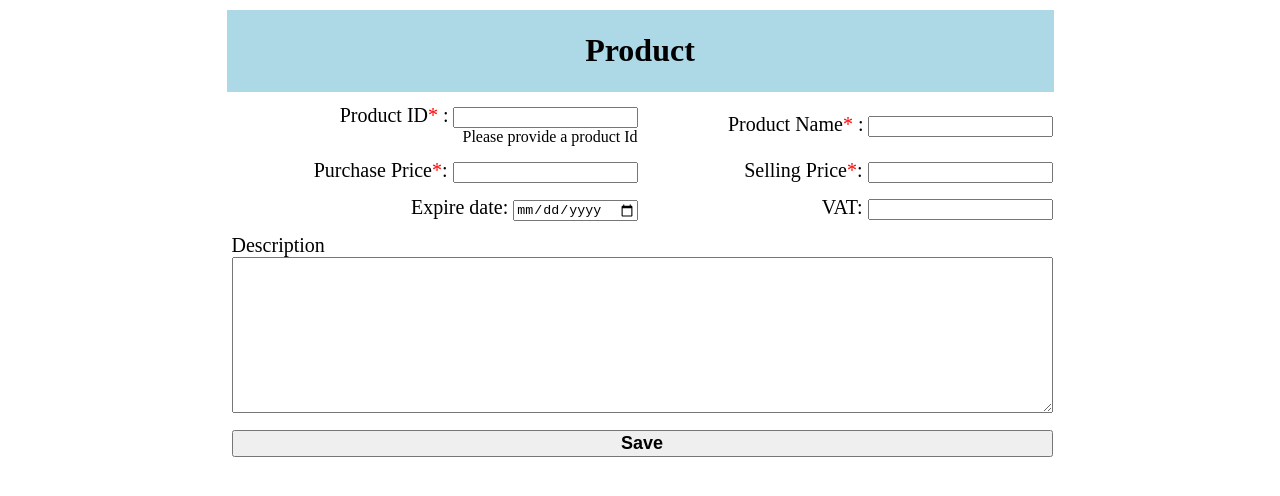
Repository: FatCat0712/JSP
Page: http://localhost/bai_22/saveproduct
The author's editor kept a copy of each file at every save. The page is drawn from the files as they stood at one save, then again after the next save.
The browser window is 1280 px wide. The pictures show the whole page.
The page is served by Tomcat 9.

Above is the page before, as saved 2024-04-23 11:15:41.

### bai_22/src/main/webapp/product.jsp
<%@ page language="java" contentType="text/html; charset=UTF-8"
    pageEncoding="UTF-8"%>
<!DOCTYPE html>
<html>
<head>
<meta charset="UTF-8">
<title>Product</title>
<style>
	.note{
		color: red;
	}
	label {
		font-size: 20px;
	}
	td{
		padding-top: 10px;
		text-align: right;
		padding-left: 5px;
	}

</style>
</head>
<body>
<%
	String e_productId = request.getAttribute("e_productId")+"";

	String value_productId = request.getAttribute("value_productId")+"";
	String value_productName = request.getAttribute("value_productName")+"";
	String value_sellingPrice = request.getAttribute("value_sellingPrice")+"";
	String value_purchasePrice = request.getAttribute("value_puchasePrice")+"";
	String value_expireDate = request.getAttribute("value_expireDate")+"";
	String value_vat = request.getAttribute("value_vat")+"";
	String value_description = request.getAttribute("value_description")+"";

 %>


<form action="saveproduct" method="get" id="saveform">
	<table style="margin-left: auto; margin-right: auto">
			<tr style="background-color: lightblue">
				<th style="text-align: center; align-content: center;" colspan="2"><h1>Product</h1></th>
			</tr>
			<tr>
				<td>
				 	<label for="productid">Product ID<span class="note">*</span> :</label>
				 	<input type="text" name="productid" id="productid" value="<%=value_productId.equals("null")?"":value_productId%>" required/>
				 	<div id="error_productid"></div>
				 	<div class="rq"><%= e_productId.equals("null")?"":e_productId %></div>
				</td>

				<td>
					<label for="productname">Product Name<span class="note">*</span> :</label>
					<input type="text" name="productname" id="productname" value="<%=value_productName.equals("null")?"":value_productName %>" required/>
					<div id="error_productname"></div>
				</td>

			</tr>

			<tr>
				<td>
					<label for="purchaseprice">Purchase Price<span class="note">*</span>: </label>
					<input type="number" step="0.01" id="purchaseprice" name="purchaseprice" value="<%=value_purchasePrice.equals("null")?"":value_purchasePrice %>"/>
					<div id="error_purchaseprice"></div>
				</td>

				<td>
					<label for="sellingprice">Selling Price<span class="note">*</span>: </label>
					<input type="number" step="0.01" id="sellingprice" name="sellingprice" value="<%=value_sellingPrice.equals("null")?"":value_sellingPrice %>"/>
					<div id="error_sellingprice"></div>
				</td>
			</tr>

			<tr>
				<td style="padding-left: 50px">
					<label>Expire date: </label>
					<input type="date" id="expiredate" name="expiredate" value="<%=value_expireDate.equals("null")?"":value_expireDate %>"/>
				</td>

				<td>
					<label>VAT: </label>
					<input type="number" id="vat" name="vat" value="<%=value_vat.equals("null")?"":value_vat %>"/>
				</td>
			</tr>

			<tr>
				<td colspan="2">
					<div style="text-align: left">
						<label>Description</label>
					</div>
					<textarea rows="10" cols="100" name="description" placeholder="<%=value_description.equals("null")?"": value_description %>"></textarea>
				</td>
			</tr>

			<tr>
				<td colspan="2">
					<input type="button" value="Save" style="font-weight: bold; font-size: 18px; width: 100%" onclick="checkValid()"/>
				</td>

			</tr>


	</table>
</form>
<script src="script/checkValidation.js"></script>
</body>
</html>

### bai_22/src/main/java/controller/SaveProduct.java
package controller;

import java.io.IOException;

import javax.servlet.RequestDispatcher;
import javax.servlet.ServletException;
import javax.servlet.annotation.WebServlet;
import javax.servlet.http.HttpServlet;
import javax.servlet.http.HttpServletRequest;
import javax.servlet.http.HttpServletResponse;

/**
 * Servlet implementation class SaveProduct
 */
@WebServlet("/saveproduct")
public class SaveProduct extends HttpServlet {
	private static final long serialVersionUID = 1L;

    /**
     * @see HttpServlet#HttpServlet()
     */
    public SaveProduct() {
        super();
        // TODO Auto-generated constructor stub
    }

	/**
	 * @see HttpServlet#doGet(HttpServletRequest request, HttpServletResponse response)
	 */
	protected void doGet(HttpServletRequest request, HttpServletResponse response) throws ServletException, IOException {

		String productId = request.getParameter("productid");
		String productName = request.getParameter("productname");
		String sellingPrice = request.getParameter("sellingprice");
		String purchasePrice = request.getParameter("purchaseprice");
		String expireDate = request.getParameter("expiredate");
		String vat = request.getParameter("vat");
		String description = request.getParameter("description");

		String e_productId = "";
		if(productId == null || productId.trim().length() == 0) {
			e_productId = "Please provide a product Id";
		}
		else if(productId.equals("123")) {
			e_productId = "ProductId is exist. Try another one";
		}

		//create an attribute to send back to client if error exists
		request.setAttribute("e_productId", e_productId);

		// forward receive values back to client
		request.setAttribute("value_productId", productId);
		request.setAttribute("value_productName", productName);
		request.setAttribute("value_sellingPrice", sellingPrice);
		request.setAttribute("value_purchasePrice", purchasePrice);
		request.setAttribute("value_expireDate", expireDate);
		request.setAttribute("value_vat", vat);
		request.setAttribute("value_description", description);



		//default destination page
		String url = "/success.jsp";

		//if there is an error redirect to product page
		if(e_productId.length() > 0) {
			url = "/product.jsp";
		}

		// forward the request
		RequestDispatcher rd = getServletContext().getRequestDispatcher(url);
		rd.forward(request, response);
	}

	/**
	 * @see HttpServlet#doPost(HttpServletRequest request, HttpServletResponse response)
	 */
	protected void doPost(HttpServletRequest request, HttpServletResponse response) throws ServletException, IOException {
		// TODO Auto-generated method stub
		doGet(request, response);
	}

}

### bai_22/src/main/webapp/script/checkValidation.js
/**
 *
 */

 function checkValid(){

	let productId = document.getElementById("productid").value;
	let sellingPrice = document.getElementById("sellingprice").value;
	let purchasePrice = document.getElementById("purchaseprice").value;
	let productName = document.getElementById("productname").value;

	//check if product id is valid
	if(productId.length == 0){
		let error_productid = document.getElementById("error_productid");
		error_productid.innerHTML = "<span class='note'>Please enter the product id</span>"
	}

	// check if selling price is valid
	if(sellingPrice <= 0){
		let error_sellingprice = document.getElementById("error_sellingprice");
		error_sellingprice.innerHTML = "<span class='note'>Please enter a selling price</span>";
	}

	// check if purhcase price is valid
	if(purchasePrice <= 0){
		let error_purchaseprice = document.getElementById("error_purchaseprice");
		error_purchaseprice.innerHTML = "<span class='note'>Please enter a purchase price</span>"
	}

	// check if product name is valid
	if(productName.length == 0){
		let error_productname = document.getElementById("error_productname");
		error_productname.innerHTML = "<span class='note'>Please enter product name</span>"
	}
	else{
		//Submit form
		let saveform = document.getElementById("saveform");
		saveform.submit();
	}

 }

After the next save:
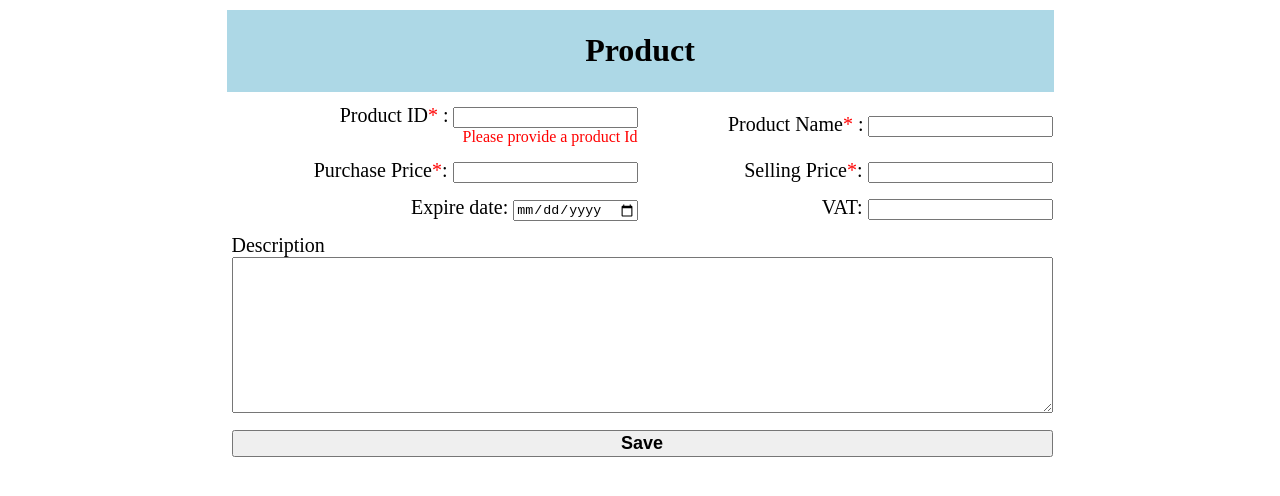
Saved 2 min 51 s later.
--- a/bai_22/src/main/webapp/product.jsp
+++ b/bai_22/src/main/webapp/product.jsp
@@ -45,7 +45,7 @@
 				 	<label for="productid">Product ID<span class="note">*</span> :</label>
 				 	<input type="text" name="productid" id="productid" value="<%=value_productId.equals("null")?"":value_productId%>" required/>
 				 	<div id="error_productid"></div>
-				 	<div class="rq"><%= e_productId.equals("null")?"":e_productId %></div>
+				 	<div class="note"><%= e_productId.equals("null")?"":e_productId %></div>
 				</td>
 
 				<td>
